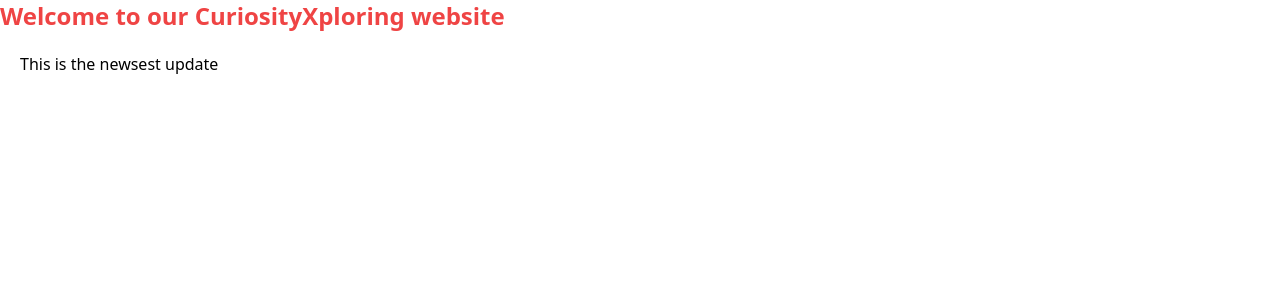
Repository: emorilebo/curiosityxploring-site
Page: /
The author's editor kept a copy of each file at every save. The page is drawn from the files as they stood at one save, then again after the next save.
The browser window is 1280 px wide. The pictures show the whole page.
The project was rebuilt for these pictures with package versions that can differ from the ones it lists, and the page was loaded fresh each time. The framework's server and built-in components were replaced by stand-ins that run in the browser. Also part of the build but not shown: next.config.js, styles/Home.module.css.

Above is the page before, as saved 2022-12-11 15:50:09.

### pages/index.js
import Head from "next/head";
import Image from "next/image";
import styles from "../styles/Home.module.css";

export default function Home() {
  return (
    <div >
      <Head>
        <title>
          Curiosityxploring - Amazing global community of worldbest developer
        </title>
        <meta name="description" content="Generated by create next app" />
        <link rel="icon" href="/favicon.ico" />
      </Head>
      <h1 className="text-red-500 font-bold text-2xl">Welcome to our CuriosityXploring website</h1>
      <p className="p-5">This is the newsest update</p>
    </div>
  );
}

### tailwind.config.js
/** @type {import('tailwindcss').Config} */
module.exports = {
  purge: ["./pages/**/*.{js,ts,jsx,tsx}", "./components/**/*.{js,ts,jsx,tsx}"],
  darkMode: false, // or 'media' or 'class'
  theme: {
    extend: {},
  },
  variants: {
    extend: {},
  },
  plugins: [],
};

Loaded but not shown: pages/_app.js (common file); styles/globals.css (common file)

After the next save:
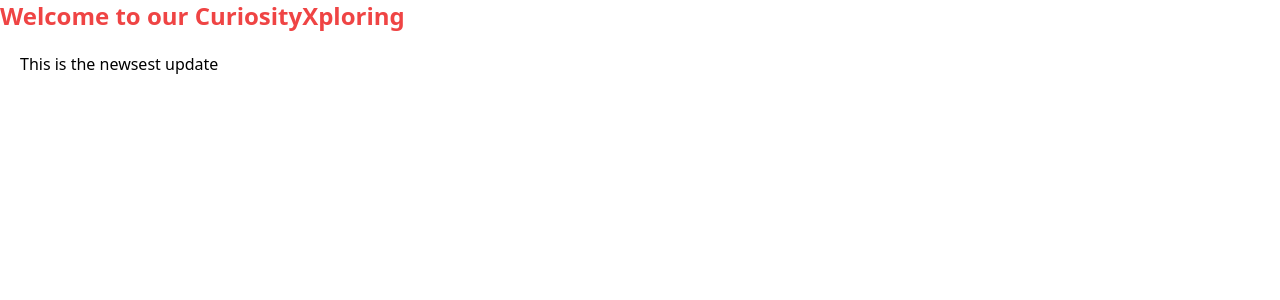
Saved 21 min 18 s later.
--- a/pages/index.js
+++ b/pages/index.js
@@ -12,7 +12,7 @@
         <meta name="description" content="Generated by create next app" />
         <link rel="icon" href="/favicon.ico" />
       </Head>
-      <h1 className="text-red-500 font-bold text-2xl">Welcome to our CuriosityXploring website</h1>
+      <h1 className="text-red-500 font-bold text-2xl">Welcome to our CuriosityXploring </h1>
       <p className="p-5">This is the newsest update</p>
     </div>
   );
